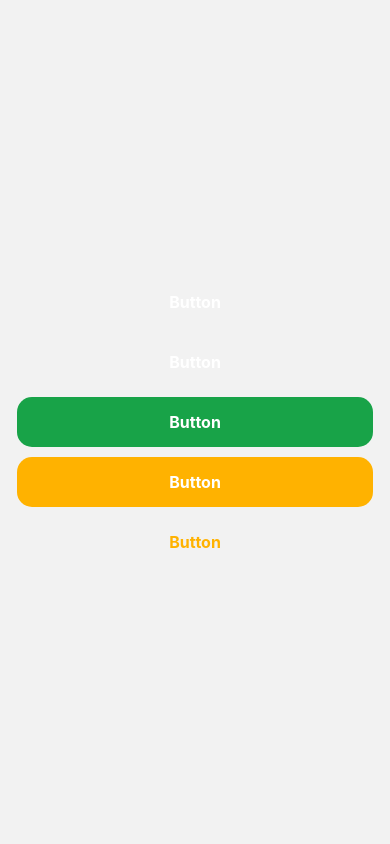
Repository: hungdomanh95/setuptheme
Screen: /
The author's editor kept a copy of each file at every save. The screen is drawn from the files as they stood at one save, then again after the next save.
The app was drawn by React Native's web renderer in a window 390 px wide. The project was rebuilt for these pictures with package versions that can differ from the ones it lists, and the page was loaded fresh each time. Also part of the build but not shown: src/components/Fade/index.js, src/components/Slide/index.js.

Above is the screen before, as saved 2022-05-17 11:18:45.

After the next save:
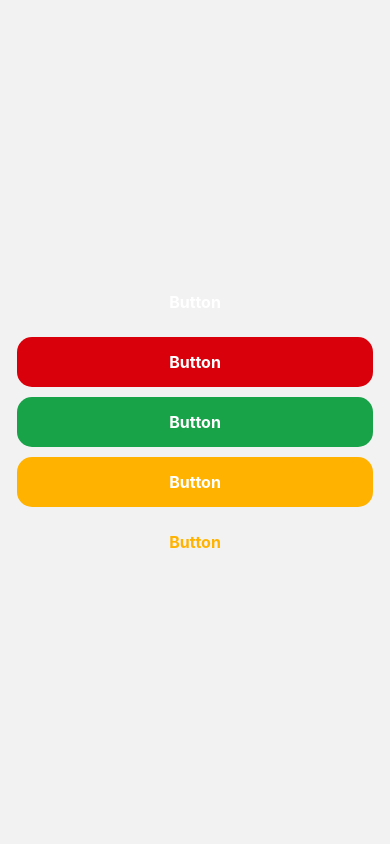
Saved 7 s later.
--- a/src/components/RNButton/index.js
+++ b/src/components/RNButton/index.js
@@ -9,6 +9,7 @@ const RNButton = props => {
     let colorBtn;
     if(type === "success") colorBtn = COLOR.green
     else if(type === "warning") colorBtn = COLOR.neural
+    else if(type === "danger") colorBtn = COLOR.red
     return colorBtn
   }
   const styles = styleWithProps(props,colorBTN());
